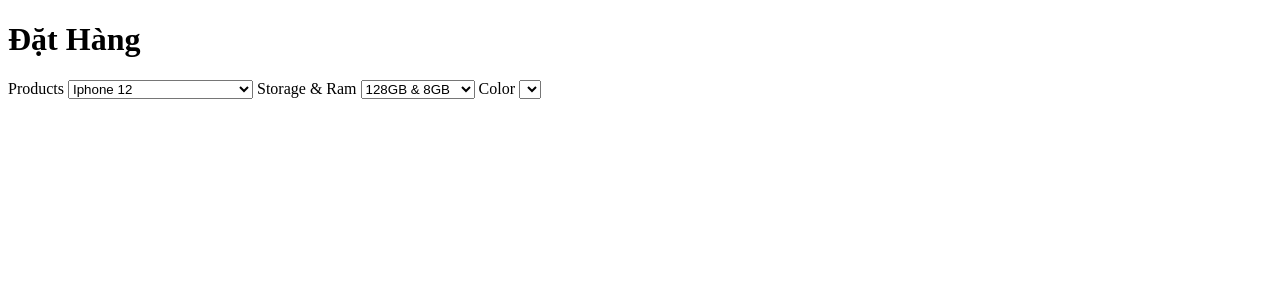
Repository: hisu87/WEB1043-JS
Page: Lab-Done-JS/Lab-7/html/Oder.html
An editor plug-in stored every save of this project. The page is shown before and after the next save, followed by the edit.
The browser window is 1280 px wide. The pictures show the whole page.

Above is the page before, as saved 2023-04-08 12:48:43.

After the next save:
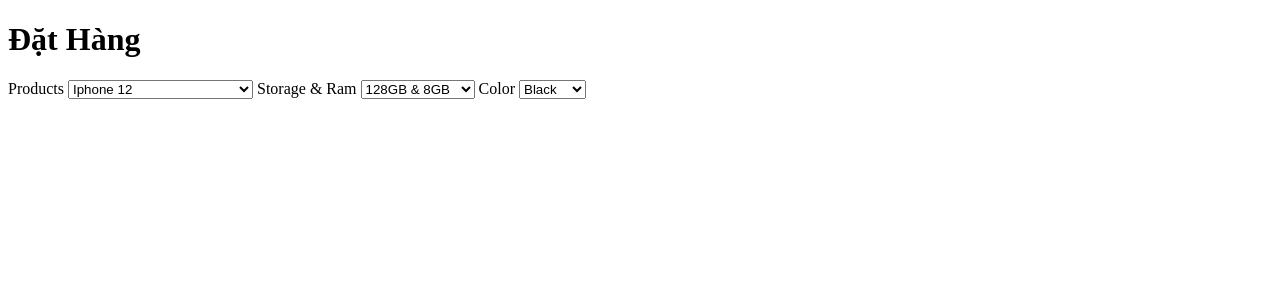
Saved 29 s later.
--- a/Lab-Done-JS/Lab-7/html/Oder.html
+++ b/Lab-Done-JS/Lab-7/html/Oder.html
@@ -45,9 +45,22 @@
             <option value="12">1TB & 16GB</option>
         </select>
         <label for="color">Color</label>
-        <select name="color" id="color">
+        <select name="special-color" id="color">
+            <option value="1">Black</option>
+            <option value="2">White</option>
+            <option value="3">Red</option>
+            <option value="4">Blue</option>
+            <option value="5">Green</option>
+            <option value="6">Yellow</option>
+            <option value="7">Pink</option>
+            <option value="8">Purple</option>
+            <option value="9">Orange</option>
+            <option value="10">Gray</option>
+            <option value="11">Brown</option>
+            <option value="12">Gold</option>
+            <option value="13">Silver</option>
+        </select>
 
-        </select>
 
 
     </form>
